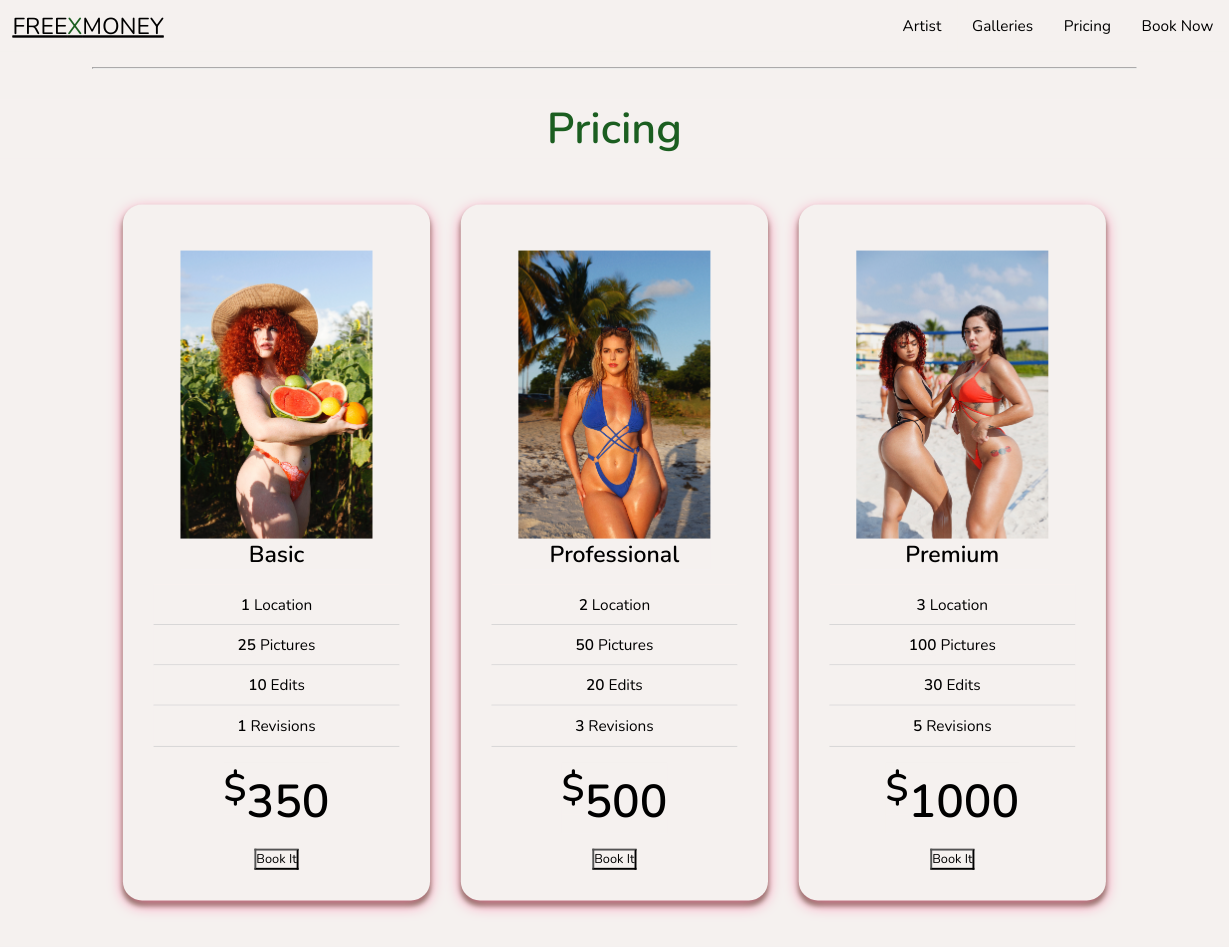
Repository: burntaftermint/freexmoney-draft
Page: price.html
These files come from the project's save history. The page is drawn as it stood at one moment and after the next save; the edit follows.
The browser window is 1280 px wide. The pictures show the whole page, at 96% of full size.
Some web fonts or font styles are not loaded; a fallback is used.

Above is the page before, as saved 2024-06-11 02:14:32.

### price.html
<!DOCTYPE html>
<html lang="en">
<head>
    <meta charset="UTF-8">
    <meta http-equiv="X-UA-Compatible" content="IE=edge">
    <meta name="viewport" content="width=device-width, initial-scale=1.0">
    <script src="script.js" defer></script>
    <title>FREEXMONEY</title>
    <link rel="preconnect" href="https://fonts.googleapis.com">
    <link rel="preconnect" href="https://fonts.gstatic.com" crossorigin>
    <link href="https://fonts.googleapis.com/css2?family=Architects+Daughter&family=Kumbh+Sans:wght@400;700&family=Montserrat:ital,wght@0,100;0,200;0,300;0,400;0,500;0,600;0,700;0,800;0,900;1,100;1,200;1,300;1,400;1,500;1,600;1,700;1,800;1,900&family=Nunito:wght@300;400;500;600&family=Roboto:wght@300&family=Rubik:wght@400;500;600;700;800&family=Yantramanav:wght@500&display=swap" rel="stylesheet">
    <link rel="stylesheet" type="text/css" href="style.css">
</head>
<body>
    <nav class="navbar">
        <div class="nav-title">
            <a href="index.html">FREE<span>X</span>MONEY</a>
        </div>
        <a href="#" class="toggle-button">
            <span class="bar"></span>
            <span class="bar"></span>
            <span class="bar"></span>
        </a>
        <div class="navbar-links">
            <ul>
                <li><a href="artist.html">Artist</a></li>
                <li><a href="gallery.html">Galleries</a></li>
                <li><a href="pricing.html">Pricing</a></li>
                <li><a href="home.html">Book Now</a></li>
            </ul>
        </div>
    </nav>
    <hr>
    <h1 class="galleryh1">Pricing</h1>
    <section class="pricing">
        <div class="card-wrapper">
            <!-- card header -->
            <div class="card-header">
                <img src="images/2.JPG" alt="basic">
                <h2>Basic</h2>
            </div>
            <!-- card detail -->
            <div class="card-detail">
                <p><b>1</b> Location </p>
                <p><b>25</b> Pictures </p>
                <p><b>10</b> Edits </p>
                <p><b>1</b> Revisions </p>

            </div>
            <!-- card price -->
            <div class="card-price">
                <p><sup>$</sup>350</p>
            </div>
            <!-- button -->
            <button class="card-button">Book It</button>
        </div>

        <div class="card-wrapper">
            <!-- card header -->
            <div class="card-header">
                <img src="images/4.JPG" alt="basic">
                <h2>Professional</h2>
            </div>
            <!-- card detail -->
            <div class="card-detail">
                <p><b>2</b> Location </p>
                <p><b>50</b> Pictures </p>
                <p><b>20</b> Edits </p>
                <p><b>3</b> Revisions </p>

            </div>
            <!-- card price -->
            <div class="card-price">
                <p><sup>$</sup>500</p>
            </div>
            <!-- button -->
            <button class="card-button">Book It</button>
        </div>

        <div class="card-wrapper">
            <!-- card header -->
            <div class="card-header">
                <img src="images/11.JPG" alt="basic">
                <h2>Premium</h2>
            </div>
            <!-- card detail -->
            <div class="card-detail">
                <p><b>3</b> Location </p>
                <p><b>100</b> Pictures </p>
                <p><b>30</b> Edits </p>
                <p><b>5</b> Revisions </p>

            </div>
            <!-- card price -->
            <div class="card-price">
                <p><sup>$</sup>1000</p>
            </div>
            <!-- button -->
            <button class="card-button">Book It</button>
        </div>

    </section>

</body>
</html>

### style.css

* {
    margin: 0;
    padding: 0;
    box-sizing: border-box;
    font-family: 'Nunito', sans-serif;
    background-color: #f5f1ef;
}

.container {
    display: flex;
    flex-direction: column;
    justify-content: center;
    align-items: center;
    text-align: center;
    margin: 15px 20px 0 20px;
}

.social-links img {
    width: 50px;

    margin: 20px;
    cursor: pointer;
}

.social-links {
    text-align: center;
}

hr {
    margin: 1rem 6rem 0 6rem;
}


.container .heading {
    width: 50%;
    padding-bottom: 20px;
}

.container .heading h3 {
    font-size: 3em;
    font-weight: 400;
    border-bottom: 3px solid #1b5e20;

}

.container .heading h3 span {
    color: #1b5e20;
    font-weight: 600;
}

.container .box {
    display: flex;
    flex-direction: row;
    justify-content: space-between;

}

.container .box .row1 {
    display: flex;
    flex-direction: column;
    width: 32.5%;
}

.container .box .row1 img {
    width: 100%;
    padding-bottom: 10px;
    animation: fadeInUp 2s ease;
}

.container .box .row1 img:hover{
    opacity: 0.5;
    transition: 0.2s ease;

}

.container .btn {
    margin: 40px 0 70px 0;
    background: #1b5e20;
    padding: 15px 40px ;
    border-radius: 5px;
}


.container .btn a {
    text-decoration: none;
    background-color: transparent;
    color: #f5f5f5;
    font-weight: bolder;
    letter-spacing: 1px;
}

.container .heading a {
    text-decoration: none;
    color: black;
}
.container .heading a:hover {

    color: #f06292;
}

.container .btn a:hover {
    text-decoration: none;
    background-color: transparent;
    color: #f06292;
    font-weight: bolder;

}

/* gallery css */
.gallery-container {
    width: 100%;
    min-height: 100vh;
    display: flex;
    justify-content: center;
    align-items: center;
    padding: 0px 90px;
}

.gallery-content-section {
    display: flex;
    justify-content: center;
    align-items: center;
    text-align: center;
    animation: fadeInRight 2s ease;
}

.gallery-content-section .gallery-card {
    flex: 1;
    margin: 20px 20px;
    box-shadow: 0px 2px 8px 0px rgba(0,0,0,0.2);
    border-radius: 20px;
    box-shadow: 0 5px 14px #fa7fa8, 0 5px 5px #1b5e20;
}

.gallery-content-section .gallery-card:hover {
    transform: scale(1.2);
    cursor: pointer;
}

.gallery-content-section .gallery-card img {
    width: 100%;
    height: auto;
    border-radius: 5px;
}

.gallery-content-section .gallery-card h2 {
    margin: 15px 0px;
    font-size: 28px;
    color: #f06292;
}

.gallery-content-section .gallery-card p {
    font-size: 16px;
    line-height: 1.5;
    padding: 0px 10px;
    margin-bottom: 20px;
}

.galleryh1 {
    text-align: center;
    font-size: 45px;
    color: #1b5e20;
    margin-top: 2rem;
}

/* home css */

.hero {
    background-color: #f5f1ef;
    overflow: hidden;
}

.home-heading h1 {
    color: #1b5e20;
    font-size: 55px;
    text-align: center;
    margin-top: 35px;
    margin-bottom: -30px;
}

.hero-content p {
    font-size: 24px;
    line-height: 1.5;
    margin-bottom: 40px;
    color: rgb(39, 39, 39);
}

.hero-btn {
    display: inline-block;
    background-color: #1b5e20;
    margin-top: -20px;
    padding: 12px 24px;
    border-radius: 5px;
    font-size: 20px;
    border: none;
    cursor: pointer;
    transition: 0.3s ease;
    font-weight: bolder;
    letter-spacing: 1px;
}
.hero-btn a {

    text-decoration: none;
    background-color: transparent;
    color: #f5f5f5;
}
.hero-btn a:hover {

    color: #f06292;
}
.container_home {
    display: flex;
    justify-content: center;
    align-items: center;
    width: 90%;
    margin: 65px auto;
}
.hero-content {
    flex: 1;
    width: 600px;
    margin: 0px 25px;
    animation: fadeInUp 2s ease;
}
.hero-image {
    flex: 1;
    width: 600px;
    margin: auto;
    animation: fadeInRight 2s ease;
}

.hero-content h2 {
    color: #f06292;
    font-size: 38px;
    margin-bottom: 10px;
}

.hero img {
width: 100%;
height: auto;
border-radius: 10px;
}

/* navbar css */
.navbar {
    display: flex;
    justify-content: space-between;
    align-items: center;
    background-color: #f5f1ef;


}

.nav-title {
    background-color: transparent;
    text-decoration: underline;
}
.nav-title a{
    color: black;

}
.nav-title a:hover{
    color: #f06292;
}
.nav-title span{
    background-color: transparent;
    color: #1b5e20;
}

.navbar-links ul {
    margin: 0;
    padding: 0;
    display: flex;
}

.navbar-links li {
    list-style: none;

}

.navbar-links li a {
    text-decoration: none;
    color: black;
    padding: 1rem;
    display: block;



}

.navbar-links li a:hover{
    color: #f06292;
}
.nav-title {
    font-size: 1.5rem;
    margin: .5rem;
    padding-left: 5px;

}

.toggle-button {
    position: absolute;
    top: .75rem;
    right: 1rem;
    display: none;
    flex-direction: column;
    justify-content: space-between;
    width: 30px;
    height: 21px;
}

.toggle-button .bar {
    height: 3px;
    width: 100%;
    background-color: black;
    border-radius: 10px;
}

/* Pricing css */

.pricing {
    display: flex;
    justify-content: center;
    flex-wrap: wrap;
    width: 100%;
    padding: 2rem;
}

.card-header >img {
    width: 200px;
    display: block;
    margin: 0 auto;
}

.card-wrapper {
    display: flex;
    flex-direction: column;
    align-items: center;
    justify-content: center;
    width: 320px;
    height: auto;

    border-radius: 20px;
    box-shadow: 0 5px 14px #fa7fa8, 0 5px 5px #1b5e20;
    padding: 2rem;
    margin: 1rem;
    transition: all 0.2 ease-in;
}

.card-wrapper:hover {
    transform: scale(1.1);

}

.card-wrapper:hover .card-header> h2{
    transform: scale(1.1);
    color: #f06292;
    letter-spacing: 2;
}
.card-header {
    margin: 1rem;
    text-align: center;

}

.card-detail {
    width: 100%;
    text-align: center;
}

.card-detail > p {
    padding: 0.6rem 1.5rem;
    font-size: 1rem;
    border-bottom: 1px solid #d5d5d5;

}

.card-price {
    display: flex;
    align-items: flex-start;
    margin: 1rem;
}

.card-price > p {
    font-size: 3rem;
    font-weight: 800;

}

.card-price > p > sup,
.card-price . p . sub {
    font-size: 1rem;
}





.pricing-card li {
    background-color: #fa7fa8;
}
.pricing-card strong {
    background-color: #fa7fa8;
}
.pricing-card sup {
    background-color: #fa7fa8;
}

.price {
    background-color: #fa7fa8;
    font-size: 70px;
    color: #f5f1ef;
    margin: 40px 0;
    transition: .2s linear;
}

.price sup, .price span {
    font-size: 22px;
    font-weight: 700;
}









@media only screen and (max-width: 1000px) {
    .gallery-content-section {
        flex-direction: column;
    }

    .pricing-card {
        flex: 50%;

    }

    .pricing-card-header {
        font-size: 10.5px;
    }

    .price {
        font-size: 45px;
    }

    .pricing-card li {
        font-size: 15px;
    }



}




@media only screen and (max-width: 769px) {
    .container .box {
        flex-direction: column;
    }
    .container .box .row1 {
        width: 100%;
    }
    .home-heading h1 {
        font-size: 45px;
        margin-top: 30px;
    }

    .hero {
        margin: 0px;

    }
    .container_home {
        width: 100%;
        flex-direction: column;
        margin: 0px;
        padding: 0px 40px;

    }
    .hero-content {
        width: 100%;
        margin: 35px 0px;
    }
    .hero-content h2 {
        font-size: 30px;

    }
    .hero-content p {
        font-size: 18px;
        margin-bottom: 20px;
    }
    .hero-btn {
        font-size: 16px;
        padding: 8px 16px;

    }
    .hero-image {
        width: 100%;
    }

    .pricing-card {
        flex: 50%;

    }

    .pricing-card-header {
        font-size: 6px;
    }

    .price {
        font-size: 35px;
    }

    .pricing-card li {
        font-size: 15px;
    }


}






@media only screen and (max-width: 718px) {
    .container .heading {
        width: 100%;

    }

    .container .heading h3 {
        font-size: 2.5em;


    }
}

@media only screen and (max-width: 549px) {
    .toggle-button {
        display: flex;

    }
    .navbar-links {
        display: none;
        width: 100%;

    }
    .navbar {
        flex-direction: column;
        align-items: flex-start;
    }

    .navbar-links ul {
        width: 100%;
        flex-direction: column;
    }

    .navbar-links li {
        text-align: center;
    }

    .navbar-links li a {
        padding: .3rem .7rem;
    }

    .navbar-links.active {
        display: flex;
    }
}

@media only screen and (max-width: 510px) {
    .gallery-card {
        width: 150%;

    }
}

@media only screen and (max-width: 400px) {
    .pricingh1 {
        margin-bottom: -175px;
    }
}

@keyframes fadeInUp {
    0% {
        opacity: 0;
        transform: translateY(50px);
    }
    100% {
        opacity: 1;
        transform: translateY(0px);
    }
}


@keyframes fadeInRight {
    0% {
        opacity: 0;
        transform: translateX(-50px);
    }
    100% {
        opacity: 1;
        transform: translateX(0px);
    }
}

Loaded but not shown: script.js (common file)

After the next save:
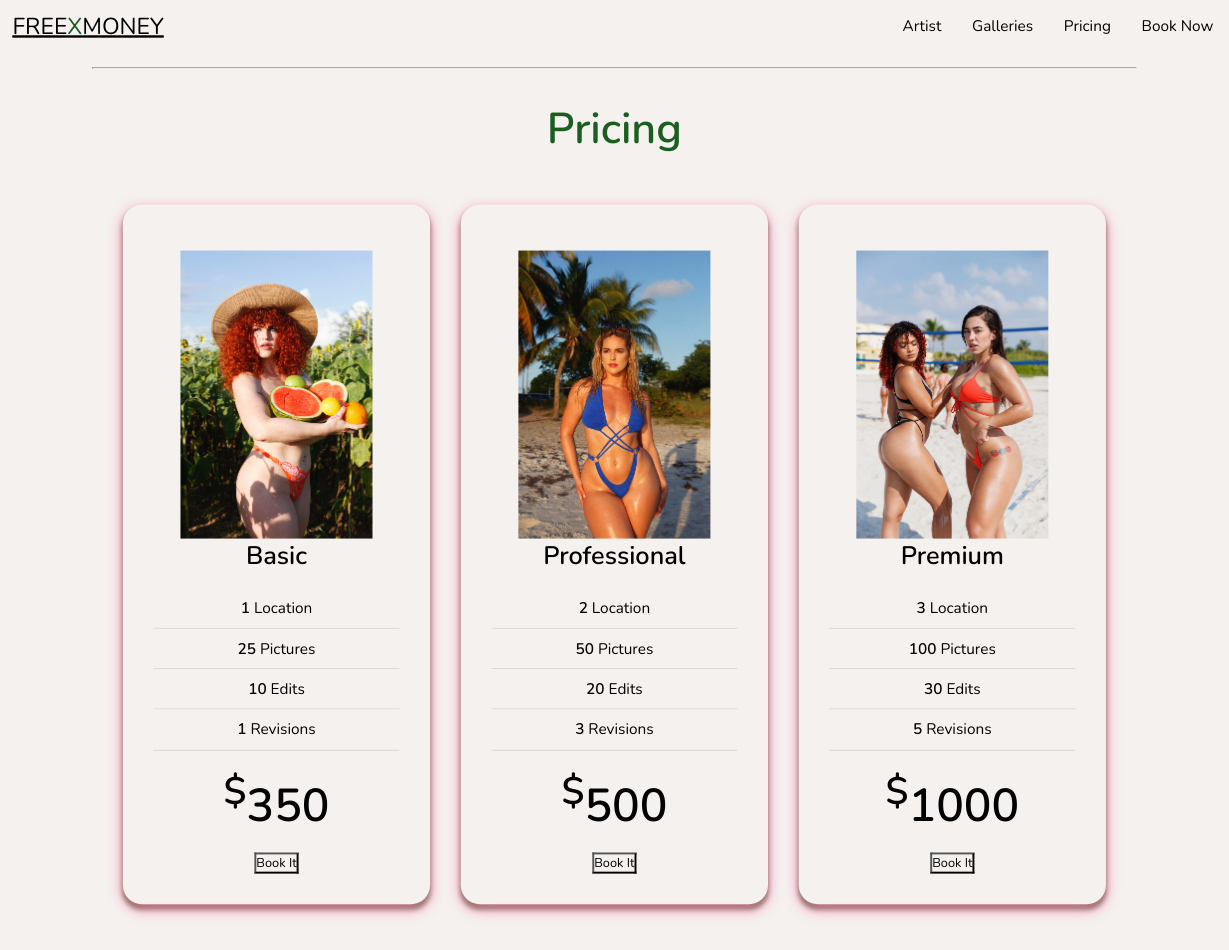
Saved 19 s later.
--- a/style.css
+++ b/style.css
@@ -360,6 +360,7 @@ border-radius: 10px;
 .card-header {
     margin: 1rem;
     text-align: center;
+    font-size: 1.1rem;
 
 }
 
